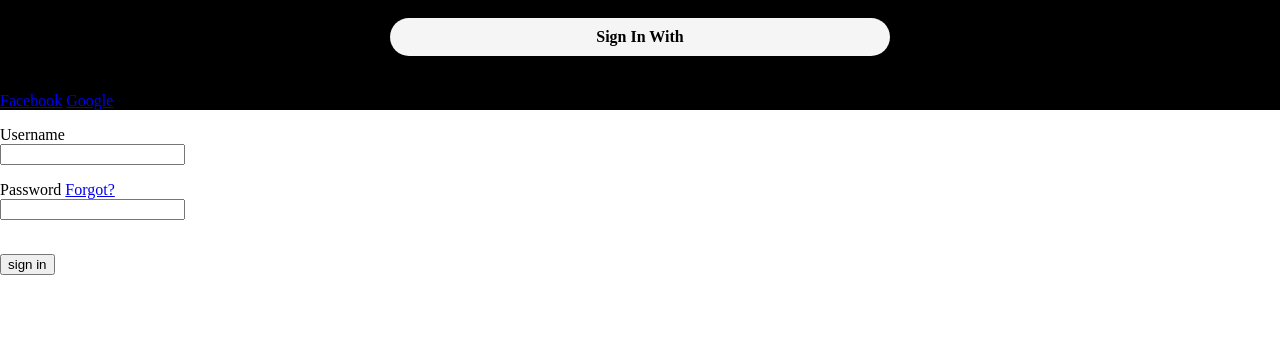
Repository: Tobby004/bdc-assignment-2
Page: index.html
These files come from the project's save history. The page is drawn as it stood at one moment and after the next save; the edit follows.
The browser window is 1280 px wide. The pictures show the whole page.

Above is the page before, as saved 2023-02-11 03:35:56.

### index.html
<!DOCTYPE html>
<html lang="en">
<head>
    <meta charset="UTF-8">
    <meta http-equiv="X-UA-Compatible" content="IE=edge">
    <meta name="viewport" content="width=<device-width>, initial-scale=1.0">
    <title>Document</title>
    <link rel="stylesheet" href="task.css">
</head>
<body>
    <header>
    <div class="flex-container">
        <br>
            <b>
             Sign In With
            </b>
        <br>
        <br>
        <a href="#">
            Facebook</a>
            <a href="#">
                Google
            </a>
            </div>
        </header>

        <div class="box"></div>
        <div class="form-input">
        <p>Username
            <br>
            <input type="text" placeholder="" />
        </p>
         <p>Password
            <a href="#">Forgot?</a>
            <br>
            <input type="password" />
         </p>
         <br>
         <button>sign in</button>
        </div>

</body>
</html>

### task.css
*{
    box-sizing:border-box;
}
header b {
    background-color:whitesmoke ;
    display: flex;
    padding: 10px;
    border-radius: 40px;
    margin-right: auto;
    margin-left: auto;
    max-width: 500px;
    justify-content: center;
}
body {
    padding: 0;
    margin: 0;
}
.flex-container {
    background-color: black;
}
.box{
background-color: black;
}

After the next save:
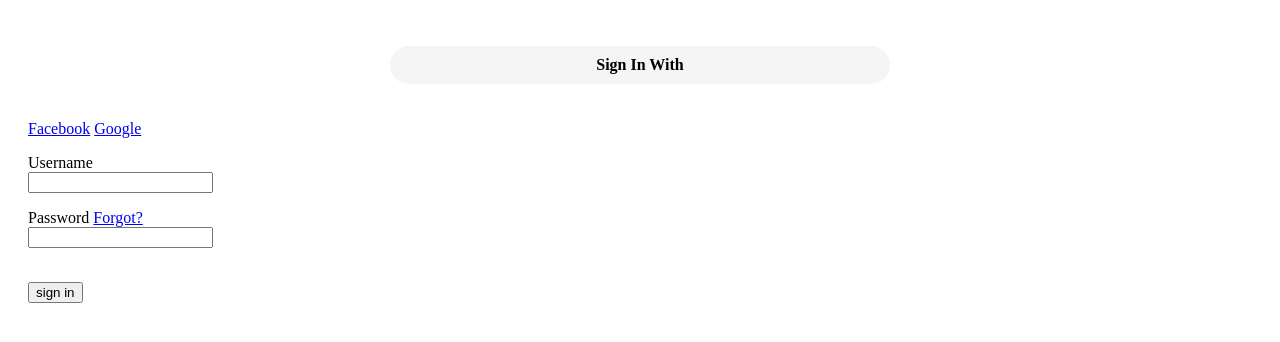
Saved 5 min 11 s later.
--- a/task.css
+++ b/task.css
@@ -12,12 +12,4 @@ header b {
     justify-content: center;
 }
 body {
-    padding: 0;
-    margin: 0;
-}
-.flex-container {
-    background-color: black;
-}
-.box{
-background-color: black;
-}
+    padding: 20px;
